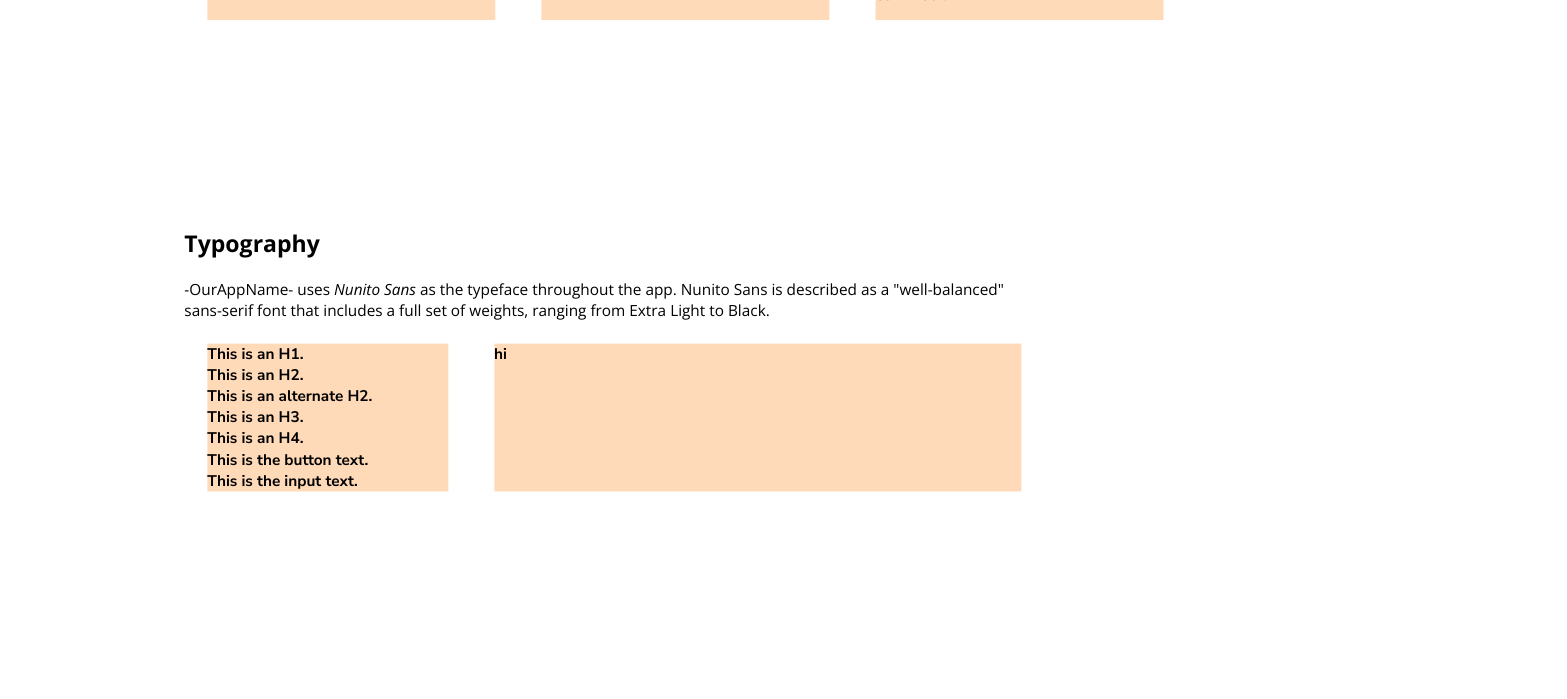
Repository: seohyun9672/Timearth-A6Styleguide
Page: page2.html
The author's editor kept a copy of each file at every save. The page is drawn from the files as they stood at one save, then again after the next save.
The browser window is 1280 px wide. The page is 1632 px wide, so the pictures cover 1632 px, including what lies to the right of the window. The pictures show the part of the page from y = 1602 to 2330 px (the page is 2330 px tall), at 96% of full size.

Above is the page before, as saved 2022-03-19 17:25:04.

After the next save:
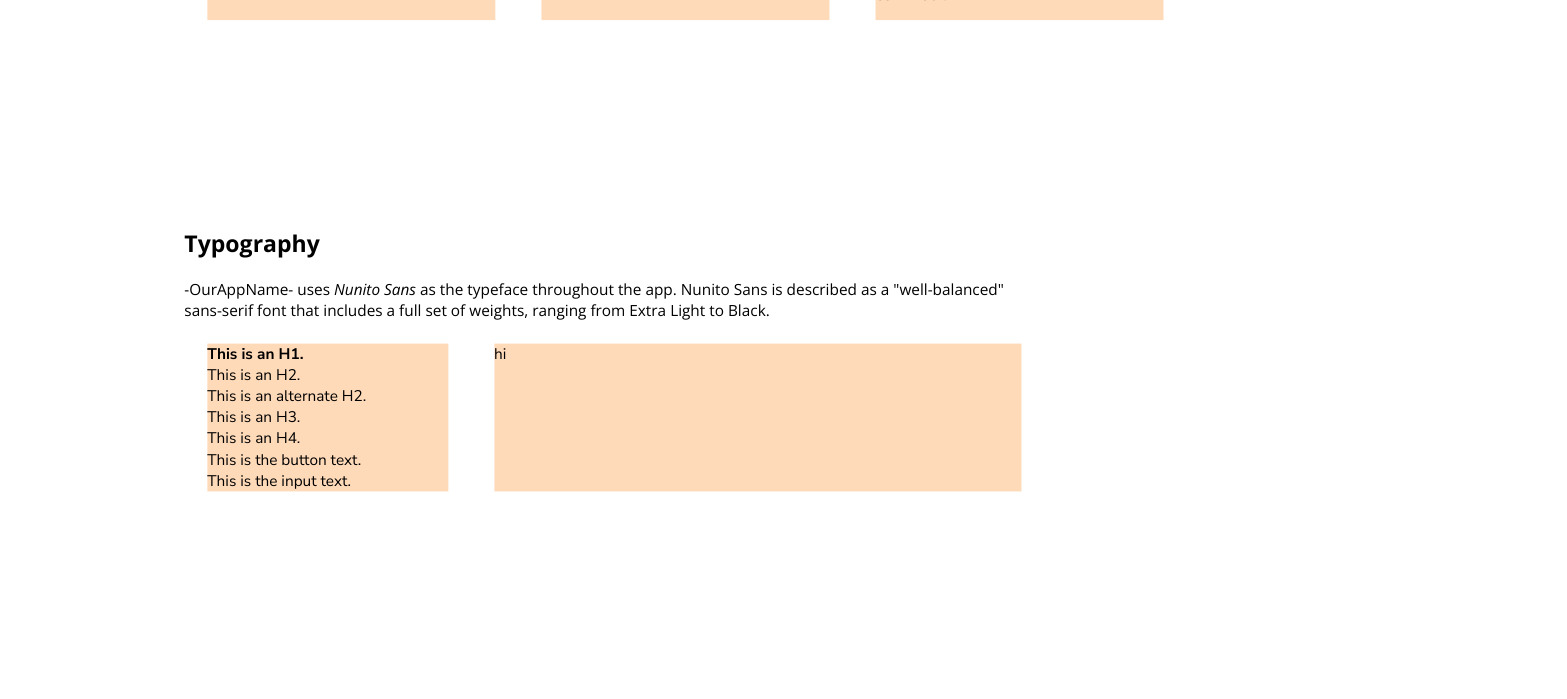
Saved 29 s later.
--- a/stylesheet.css
+++ b/stylesheet.css
@@ -105,7 +105,6 @@ li a:hover {
 }
 .nunito {
     font-family: 'nunito sans', Arial, Helvetica, sans-serif;
-    font-weight:bold;
 }
 .nh1 {
     font-weight: bold;
